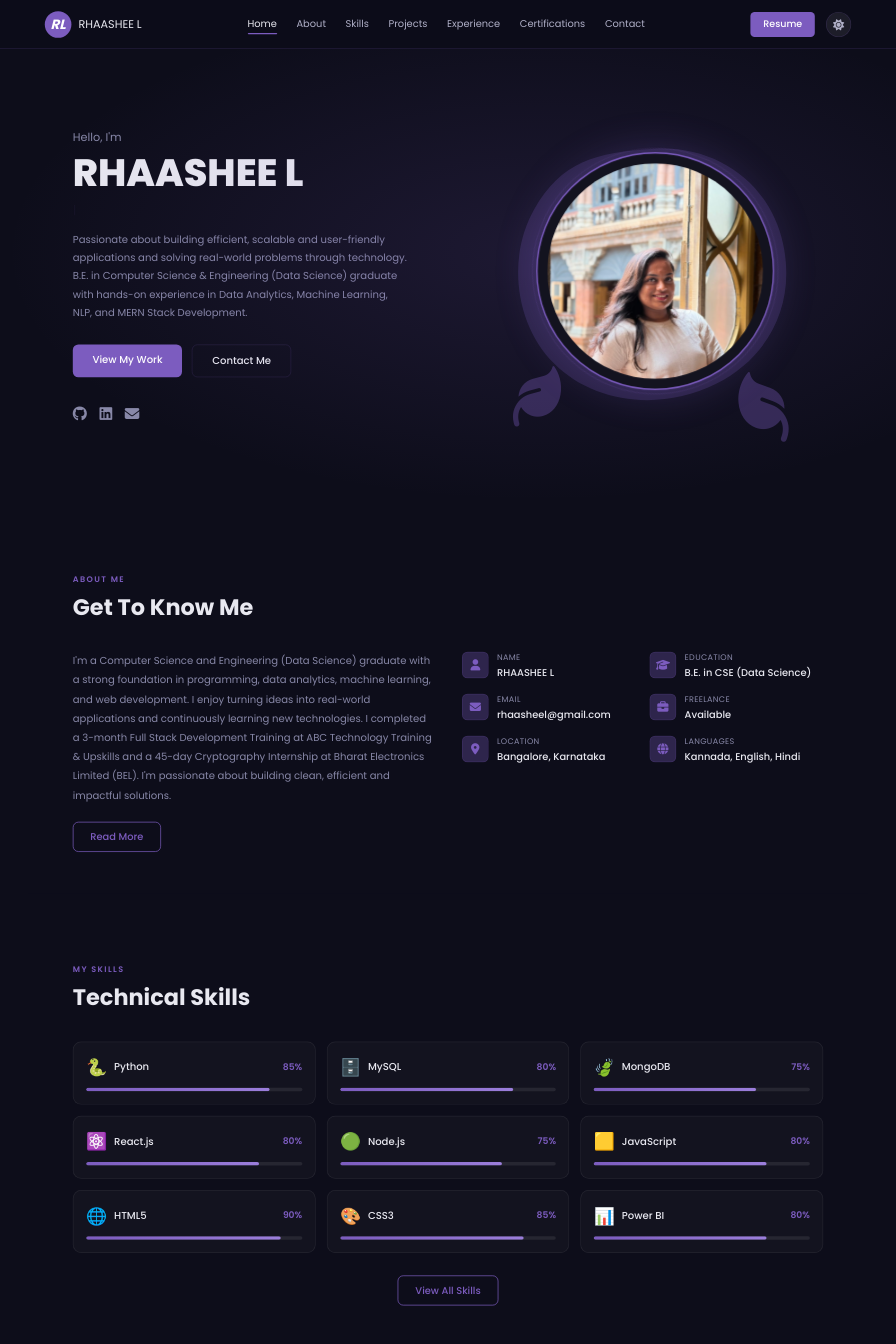
Repository: Rhaashee/Portfolio
Page: MyProfile-frontend/index.html
These files come from the project's save history. The page is drawn as it stood at one moment and after the next save; the edit follows.
The browser window is 1280 px wide. The pictures show the part of the page from y = 0 to 1920 px (the page is 5022 px tall before and 4720 px after), at 70% of full size.

Above is the page before, as saved 2026-06-21 13:07:28.

After the next save:
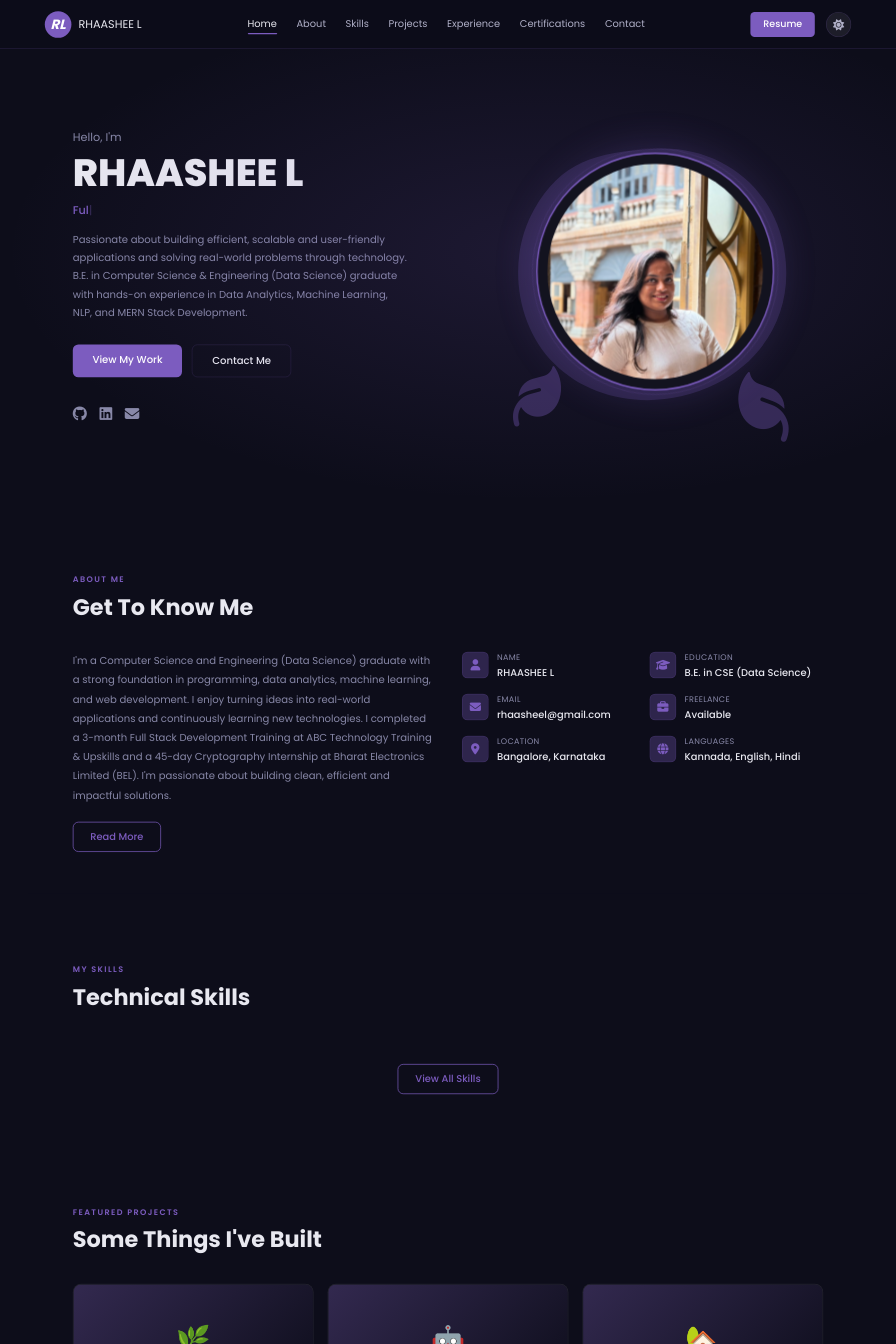
Console error (its wording comes from the project's code and is left out).
Saved 3 min 57 s later.
--- a/MyProfile-frontend/js/data/skills.js
+++ b/MyProfile-frontend/js/data/skills.js
@@ -1,15 +1,14 @@
-// js/data/skills.js
-const skills = [
-  { name: "Python", percent: 85, emoji: "🐍", color: "#3776ab" },
-  { name: "MySQL", percent: 80, emoji: "🗄️", color: "#4479a1" },
-  { name: "MongoDB", percent: 75, emoji: "🍃", color: "#47a248" },
-  { name: "React.js", percent: 80, emoji: "⚛️", color: "#61dafb" },
-  { name: "Node.js", percent: 75, emoji: "🟢", color: "#339933" },
-  { name: "JavaScript", percent: 80, emoji: "🟨", color: "#f7df1e" },
-  { name: "HTML5", percent: 90, emoji: "🌐", color: "#e34f26" },
-  { name: "CSS3", percent: 85, emoji: "🎨", color: "#1572b6" },
-  { name: "Power BI", percent: 80, emoji: "📊", color: "#f2c811" },
-  { name: "Tableau", percent: 75, emoji: "📈", color: "#e97627" },
-  { name: "Machine Learning", percent: 78, emoji: "🤖", color: "#ff6b35" },
-  { name: "Git & GitHub", percent: 82, emoji: "🐙", color: "#333" },
+/const skills = [
+  { name: "Python", icon: "devicon-python-plain colored" },
+  { name: "MySQL", icon: "devicon-mysql-plain colored" },
+  { name: "MongoDB", icon: "devicon-mongodb-plain colored" },
+  { name: "React.js", icon: "devicon-react-original colored" },
+  { name: "Node.js", icon: "devicon-nodejs-plain colored" },
+  { name: "JavaScript", icon: "devicon-javascript-plain colored" },
+  { name: "HTML5", icon: "devicon-html5-plain colored" },
+  { name: "CSS3", icon: "devicon-css3-plain colored" },
+  { name: "Power BI", icon: "devicon-azuredevops-plain colored" },
+  { name: "Tableau", icon: "devicon-devicon-plain colored" },
+  { name: "Machine Learning", icon: "devicon-tensorflow-original colored" },
+  { name: "Git & GitHub", icon: "devicon-github-original colored" },
 ];

After the save that followed:
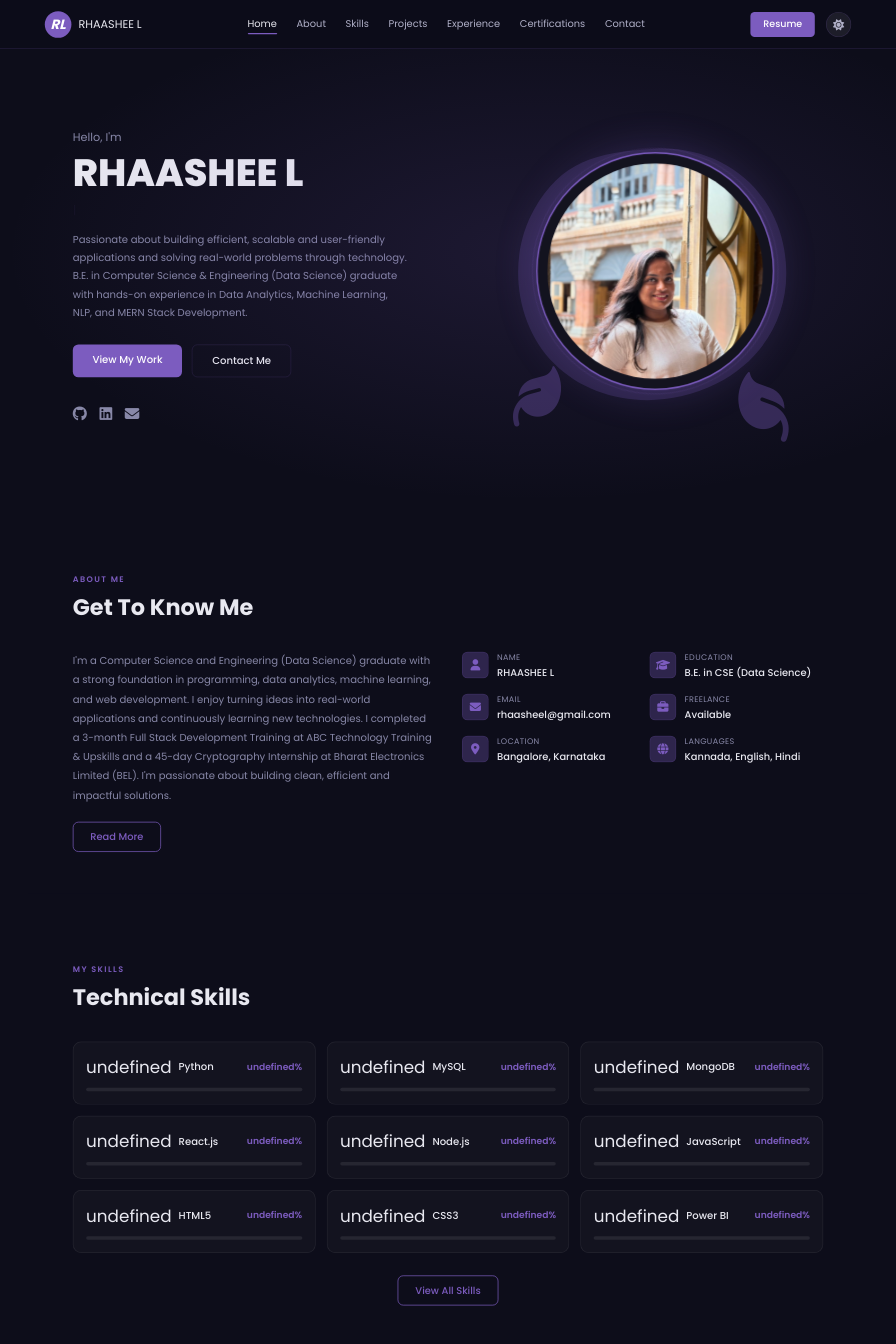
The error is gone.
Saved 6 s later.
--- a/MyProfile-frontend/js/data/skills.js
+++ b/MyProfile-frontend/js/data/skills.js
@@ -1,4 +1,4 @@
-/const skills = [
+const skills = [
   { name: "Python", icon: "devicon-python-plain colored" },
   { name: "MySQL", icon: "devicon-mysql-plain colored" },
   { name: "MongoDB", icon: "devicon-mongodb-plain colored" },
